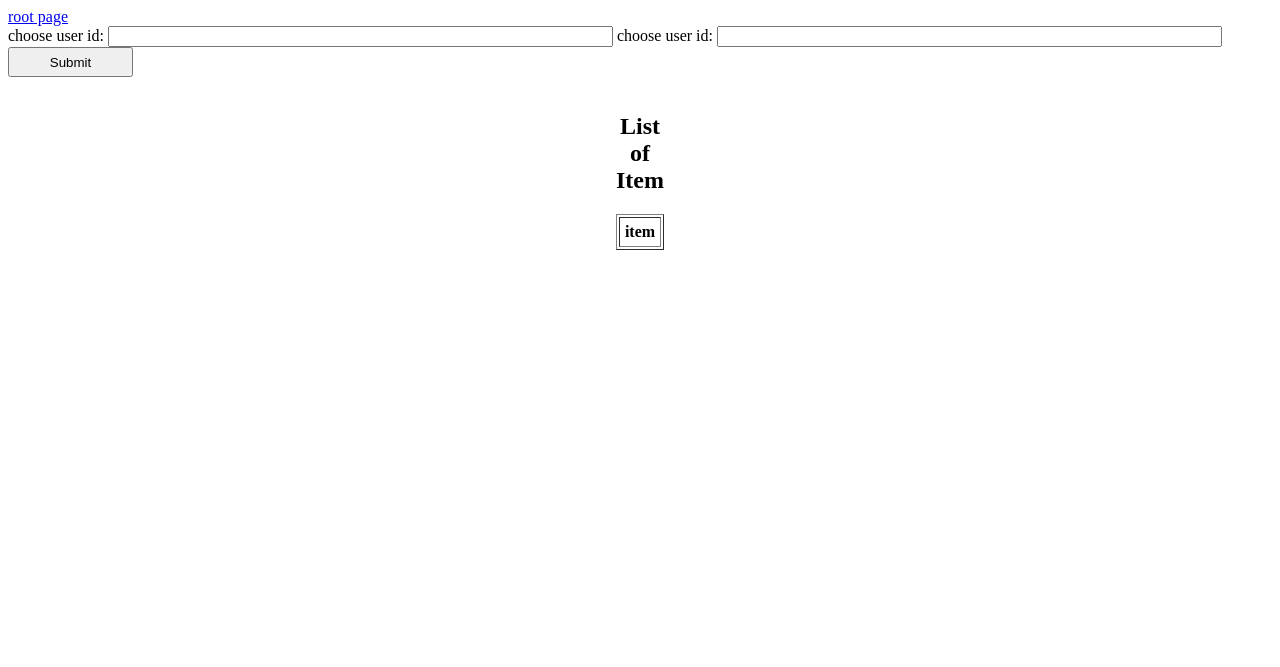
Repository: HamdanM/DatabaseProject
Page: http://localhost/DB3/Displaynum5.jsp
The author's editor kept a copy of each file at every save. The page is drawn from the files as they stood at one save, then again after the next save.
The browser window is 1280 px wide. The pictures show the whole page.
The page is served by Tomcat 9. Nobody is signed in. The application's start-up code is not run. Other server files are loaded and not shown.

Above is the page before, as saved 2019-07-27 23:15:44.

### DB3/WebContent/Displaynum5.jsp
<%@ page language="java" contentType="text/html; charset=ISO-8859-1"
    pageEncoding="ISO-8859-1"%>
  <%@ taglib prefix="c" uri="http://java.sun.com/jsp/jstl/core" %>
<!DOCTYPE html PUBLIC "-//W3C//DTD HTML 4.01 Transitional//EN" "http://www.w3.org/TR/html4/loose.dtd">
<html>
<head>
<meta charset="UTF-8">
<title>Online Store</title>
</head>
<body>
<a href="root.jsp">root page</a>
<form action="problemfive" method="post">
        <input type="hidden" name="action"" >
        <label>choose user id: <input
                    type="text" name="user1"
                    size="60" maxlength="70" />
        <label>choose user id: <input
                    type="text" name="user2"
                    size="60" maxlength="70" />

          <input style="height:30px;width:125px" type="submit" name="submit" value="Submit" />

            </label></p>
 </form>




  <div align="center">
        <table border="1" cellpadding="5">
            <caption><h2>List of Item</h2></caption>
            <tr>

                <th>item</th>



            </tr>
            <c:forEach var="us" items="${usersList}">
                <tr>

                    <td><c:out value="${us.getUser_UserID()}" /></td>



                </tr>
            </c:forEach>
        </table>
    </div>

</body>
</html>

After the next save:
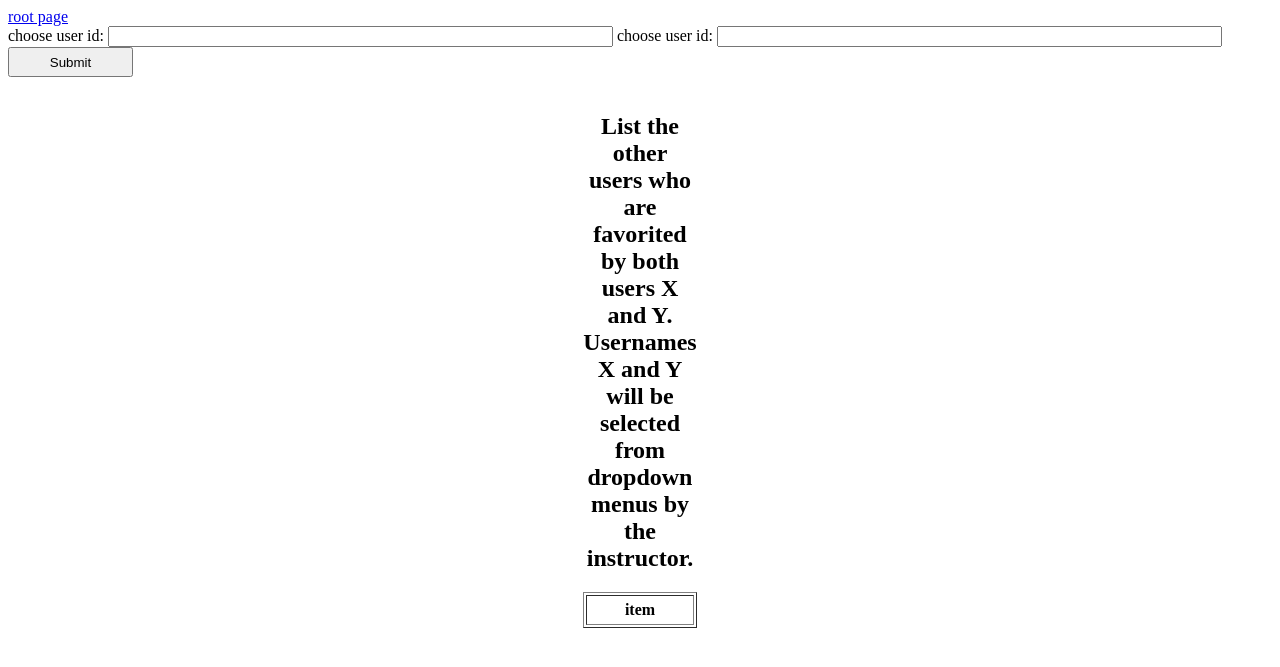
Saved 11 s later.
--- a/DB3/WebContent/Displaynum5.jsp
+++ b/DB3/WebContent/Displaynum5.jsp
@@ -28,7 +28,7 @@
 
   <div align="center">
         <table border="1" cellpadding="5">
-            <caption><h2>List of Item</h2></caption>
+            <caption><h2>List the other users who are favorited by both users X and Y. Usernames X and Y will be selected from dropdown menus by the instructor.</h2></caption>
             <tr>
 
                 <th>item</th>
